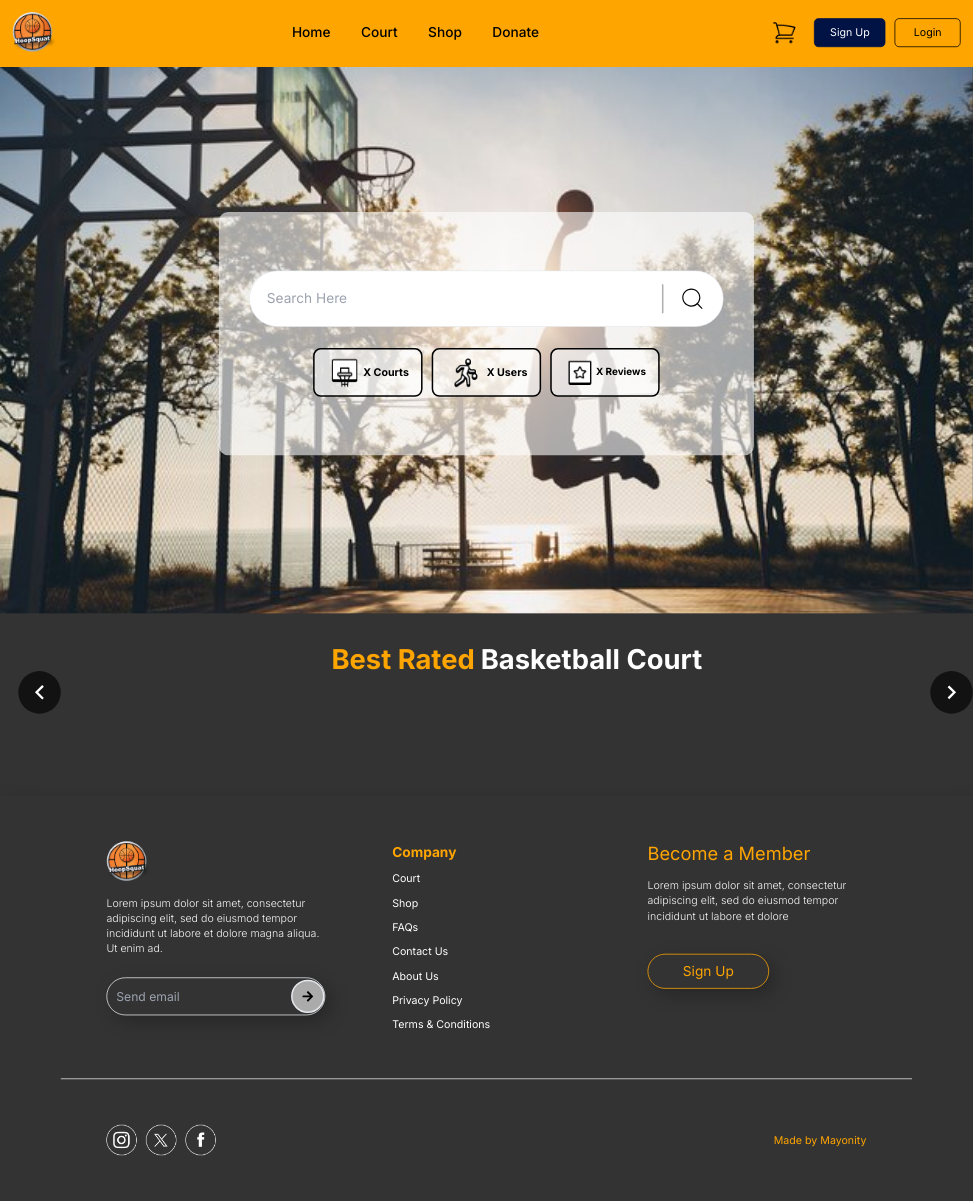
Repository: Abdul-Hannan232/basket-ball-website
Page: /
The author's editor kept a copy of each file at every save. The page is drawn from the files as they stood at one save, then again after the next save.
The browser window is 1280 px wide. The pictures show the whole page, at 76% of full size.
The page's requests for data from a server got no answer. The project was rebuilt for these pictures with package versions that can differ from the ones it lists, and the page was loaded fresh each time. The framework's server and built-in components were replaced by stand-ins that run in the browser. No one was signed in, and anything a server would have sent is missing. Also part of the build but not shown: next.config.mjs, app/utils/rating.js.

Above is the page before, as saved 2024-09-15 21:24:32.

### app/layout.tsx
import type { Metadata } from "next";
import { Inter } from "next/font/google";
import "./globals.css";
import Authprovider from "./component/Authprovider/Authprovider";

const inter = Inter({ subsets: ["latin"] });

export const metadata: Metadata = {
  title: "Basket Ball",
  description: "Generated by create next app",
};

export default function RootLayout({
  children,
}: Readonly<{
  children: React.ReactNode;
}>) {
  return (
    <html lang="en">
      <head>
        <link rel="icon" href="/favicon.png" />
        <title>Basket Ball</title>
      </head>
      <body className={inter.className}>
        <Authprovider>
          {children}
        </Authprovider>
      </body>
    </html>
  );
}

### app/page.tsx
import HomePage from "./component/HomeComponent"
export default function Home() {
  return (
    <>
      <HomePage />
    </>
  );
}

### app/globals.css
@import url('https://fonts.googleapis.com/css2?family=Poppins:wght@100;200;400&display=swap');
@import url('https://fonts.googleapis.com/css2?family=Poppins:ital,wght@0,100;0,200;0,300;0,400;0,500;0,600;0,700;0,800;0,900;1,100;1,200;1,300;1,400;1,500;1,600;1,700;1,800;1,900&display=swap');
@tailwind base;
@tailwind components;
@tailwind utilities;
/* Styling for the pagination container */
.custom-paginator .p-paginator {
  @apply  rounded-lg p-4 mt-2 flex flex-row gap-10 fixed  right-0;
}
.poppins-bold {
  font-family: "Poppins", sans-serif;
  font-weight: 700;
  font-style: normal;
}
.hover-design{
  background: linear-gradient(90deg, #FFA500 0%, rgba(255, 165, 0, 0.09) 85.85%);

}
/* Styling for individual page numbers */
.custom-paginator .p-paginator .p-paginator-page {
  @apply bg-white text-black rounded-md w-10 h-10 inline items-center text-center justify-center mx-1;
}

/* Highlighted page number styling */
.custom-paginator .p-paginator .p-paginator-page.p-highlight {
  @apply bg-[#FFA500] text-white inline text-center flex-row;
}

/* Styling for previous and next buttons */
.custom-paginator .p-paginator .p-paginator-prev,
.custom-paginator .p-paginator .p-paginator-next {
  @apply bg-[#CACACA] p-1 text-black flex flex-row rounded-md;
}

body {
  background-color: rgba(51, 51, 51, 1);
  color: white;
  font-family: 'Poppins', sans-serif;
}

.shadow {
  box-shadow: 8px 8px 24px 0px #00000040;

}
.banner {
  background-image: url('/banner.png');
  background-position: center;
  background-size: cover;
  width: 100%;
  background-repeat: no-repeat;
}
.backColor{
  background: linear-gradient(90.35deg, #FFA500 0.24%, #FF7D05 99.7%);

}
.mobilebanner {
  background-image: url('/mobildbanner.png');
  background-position: center;
  background-size: cover;
  background-repeat: no-repeat;
}
@media only screen and (max-width:320px) {
  .slick-slide {
    margin-left:5px; /* Adjust the value as needed */
  }
}
.slick-slide {
  margin-left:5px; /* Adjust the value as needed */
}
.bounceball {
  position: relative;
  display: inline-block;
  height: 20px;
  width: 15px;
  /* Adjust the width as needed */
}

.bounceball:before {
  position: absolute;
  content: '';
  display: block;
  top: 0;
  width: 25px;
  /* Adjust the width as needed */
  height: 20px;
  border-radius: 50%;
  background-color: #FFA500;
  transform-origin: 50%;
  animation: bounce 500ms alternate infinite ease;
}

@layer
{
  .wrap {
    @apply absolute top-1/2 left-1/2 transform -translate-x-1/2 -translate-y-1/2;
  }
}
@keyframes bounce {
  0% {
    top: 70px;
    height: 5px;
    border-radius: 60px 60px 20px 20px;
    transform: scaleX(2);
  }

  35% {
    height: 15px;
    border-radius: 50%;
    transform: scaleX(1);
  }

  100% {
    top: 0;
  }
}


.animate-bounce {
  animation: bounce 500ms alternate infinite ease;
}

/* Api loading */
.loader {
  width: 48px;
  height: 48px;
  display: inline-block;
  position: relative;
}
.loader::after,
.loader::before {
  content: '';
  box-sizing: border-box;
  width: 48px;
  height: 48px;
  border-radius: 50%;
  border: 2px solid #FFA500;
  position: absolute;
  left: 0;
  top: 0;
  animation: animloader 2s linear infinite;
}
.loader::after {
  animation-delay: 1s;
}

@keyframes animloader {
  0% {
    transform: scale(0);
    opacity: 1;
  }
  100% {
    transform: scale(1);
    opacity: 0;
  }
}

### app/component/Authprovider/Authprovider.js
"use client"
import React from "react";
import { SessionProvider } from "next-auth/react";
const Authprovider = ({children}) => {
    return (
        <SessionProvider>
             {children}
        </SessionProvider>
    )
}
export default Authprovider

### app/component/HomeComponent.js
import React from 'react'
import Navbar from './NavBarComponent'
import Image from 'next/image'
import { CiSearch } from "react-icons/ci"
import Footer from "./FooterComponent"
import BasketBall from "./CourtsSlider"
const HomeComponent = () => {
  return (
    <div>
      <Navbar/>
      <div className=' md:banner mobilebanner   md:h-[100vh] h-[250px]'  >
        <div className='relative  flex flex-col md:justify-center md:mt-0 pt-14 items-center md:h-[90vh] '>
          <div className='bg-white absolute lg:w-[55%] w-[90%] mx-auto md:h-80 h-36 flex flex-col justify-center it-center  bg-opacity-60 rounded-xl  right-0 left-0'>
            <div className='relative lg:mx-10 mx-5 border bg-white text-black flex items-center   rounded-full'>
              <input type='text' placeholder='Search Here' className='text-black md:text-lg text-xs border-transparent outline-none hover:border-[#FFA500] border-2 md:p-5 p-3 w-full rounded-full ' />
              <CiSearch className="absolute text-black md:w-20 w-8 px-1 my-2 md:h-10 h-6 right-0 text-4xl border-2 border-[#AFAFAF] border-t-transparent border-r-transparent border-b-transparent  md:top- " />
            </div>
            <div className='flex justify-center gap-3 mt-7 '>
              <div className='bg-white text-center text-black bg-opacity-60 border-[#000000] border-2 flex justify-center items-center md:rounded-[10px] rounded-[7px] md:p-4 p-2 md:w-36 w-22  md:h-16 h-10'>

                <Image src="/Basketball Net.png" alt="basket" width={100} height={50} className='md:w-10 mx-auto mt-1 md:h-12 w-6 h-8 ' />
                <p className='md:text-sm text-[8px]  font-bold'>X Courts</p>
              </div>
              <div className='bg-white text-center text-black bg-opacity-60 border-[#000000] border-2 flex justify-center items-center md:rounded-[10px] rounded-[7px] md:p-4 p-2 md:w-36 w-22  md:h-16 h-10'>

                <Image src="/Basketball Player.png" alt="basket" width={100} height={50} className='md:w-10 mx-auto  md:h-10 w-6 h-6 ' />
                <p className='md:text-sm text-[8px]  font-bold'>X Users</p>
              </div>
              <div className='bg-white text-center text-black bg-opacity-60 border-[#000000] border-2 flex justify-center items-center md:rounded-[10px] rounded-[7px] md:p-4 p-2 md:w-36 w-22  md:h-16 h-10'>

                <Image src="/Rating.png" alt="basket" width={100} height={50} className='md:w-10 mx-auto  md:h-10 w-6 h-6 ' />
                <p className='md:text-[13px] text-[8px]  font-bold'>X Reviews</p>
              </div>

            </div>
          </div>
        </div>
      </div>
      <BasketBall slide={"carousel"} />
      <Footer/>
    </div>
  )
}

export default HomeComponent

### app/component/CourtsSlider.js
"use client"
import React, { useRef, useState, useEffect } from 'react';
import Slider from 'react-slick';
import { RiArrowLeftSLine } from 'react-icons/ri';
import { MdOutlineKeyboardArrowRight } from "react-icons/md"
import 'slick-carousel/slick/slick.css';
import 'slick-carousel/slick/slick-theme.css';
import Image from 'next/image';
import Link from 'next/link';
import renderStars from "../utils/rating"
import { allCourts as fetchAllCourts } from "../services/courtsServices"; // Rename the imported function
const settings = {
    infinite: true,
    speed: 500,
    slidesToShow: 3.5,
    slidesToScroll: 1,
    responsive: [
        {
            breakpoint: 1267, // Adjust the breakpoint as needed
            settings: {
                slidesToShow: 2.5,
                slidesToScroll: 2,
            },
        },
        {
            breakpoint: 959, // Adjust the breakpoint as needed
            settings: {
                slidesToShow: 2,
                slidesToScroll: 2,
            },
        },

        {
            breakpoint: 320, // Adjust the breakpoint as needed
            settings: {
                slidesToShow: 1.1,
                slidesToScroll: 1,
            },
        },
    ],
    prevArrow: <></>, // Hides the previous arrow
    nextArrow: <></>,
};
const CourtsSlider = ({ slide }) => {
    const sliderRef = useRef(null);
    const [spinner, setSpinner] = useState(false)

    const goToPrev = () => {
        sliderRef.current.slickPrev();
    };

    const goToNext = () => {
        sliderRef.current.slickNext();
    };

    const [allCourts, setAllCourts] = useState([]); // Initialize with an empty array

    useEffect(() => {
        setSpinner(true)
        const getCourts = async () => {
            try {
                const response = await fetchAllCourts(); // Use the renamed function
                setAllCourts(response.data.courts); // Store the fetched data in state
            } catch (error) {
                console.error("Failed to fetch courts data:", error);
                // You can also add error handling for the UI here
            } finally {
                setSpinner(false)
            }
        };

        getCourts();
    }, []);
    return (
        <div >
            {slide === 'carousel' ? (
                <div className="  2xl:ml-32 md:ml-20 md:pt-10 pt-10 z-10 2xl:mb-40 md:mb-20" id="Testimonials" style={{ position: 'relative' }}>
                    <div className='2xl:text-6xl md:text-4xl text-xl font-bold md:mb-20 mb-10 flex justify-center items-center gap-2 '>
                        <h1 className='text-[#FFA500]'>Best Rated </h1>
                        <h1>Basketball Court</h1>
                    </div>
                    <div className="flex justify-center">
                        {spinner ? <span className="loader"></span> : null}
                    </div>



                    <Slider ref={sliderRef} {...settings}>

                        {allCourts.map((item, index) => (
                            <div key={index} className=''>
                                <div className='relative shadow cursor-pointer text-black rounded-md 2xl:w-[450px] md:w-[330px] w-[250px] group'>
                                    <div className='absolute inset-0 bg-black opacity-0 z-20 group-hover:opacity-70 transition-opacity'></div>

                                    <div className='bg-[#D9D9D9] relative rounded-md overflow-hidden'>
                                        {/* Image and content */}

                                        <Image src={item.images?.[0]
                                            ? `${process.env.NEXT_PUBLIC_IMAGE_URL}/${item.images[0]}`
                                            : '/basketBALL.png'} alt="image" width={343} height={228} className='rounded-t-xl h-60 2xl:w-[400px]' />

                                        <div className='flex items-center justify-center float-right -mt-5 shadow z-10 absolute right-0 p-3 w-32 gap-2 rounded-l-xl bg-white text-black'>

                                            <Image src={item.type === "indoor" ? "/Roofing.png" : "/Basketball Court.png"}
                                                alt="shelter" width={24} height={24} />
                                            <p>{item.type}</p>
                                        </div>
                                        <div className='m-5'>
                                            {/* <Image src="/star.png" alt="image" width={112} height={20} /> */}
                                            <div className='flex items-center'>
                                                {renderStars(item.ratings)}
                                            </div>
                                            <p className='text-[10px] mt-1 font-bold'>{item.rating.length} reviews</p>
                                            <h1 className='text-xl font-bold mb-5'>{item.name}</h1>
                                            <p className='w-32 text-xs font-medium mt-1'>{item.location}</p>
                                            <button className='bg-[#FFA500] p-2 mb-5 mt-10 text-black font-bold text-sm w-full shadow'>
                                                View Court
                                            </button>
                                        </div>

                                        {/* Overlay with Maintenance Button */}
                                        <div className='flex flex-col items-center h-96 justify-center z-40 absolute inset-0 opacity-0 group-hover:opacity-100 transition-opacity'>
                                            <button className='bg-[#232323] py-2 px-4 rounded-full text-white'>
                                                Maintenance
                                            </button>
                                        </div>
                                    </div>
                                </div>

                            </div>
                        ))}

                    </Slider>
                    <div style={{ position: 'absolute', transform: 'translateY(-50%)', zIndex: '1' }} className='2xl:top-[45%] lg:top-[65%] top-[35%] md:w-[100%] flex justify-between w-[100%] mx-auto'>
                        <div className=' slick- slick-arrow md:-ml-14 '>
                            <div onClick={goToPrev} className='bg-[#000000A6] text-white text-7xl md:p-[10px] flex items-center justify-center cursor-pointer md:w-14 md:h-14 w-10 h-10 text-center font-bold  rounded-full'>
                                <RiArrowLeftSLine />
                            </div>
                        </div>
                        <div className='slick- slick-arrow'>
                            <div className="bg-[#000000A6] text-white text-7xl md:p-[10px] flex items-center justify-center cursor-pointer md:w-14 md:h-14 w-10 h-10 text-center font-bold  rounded-full" onClick={goToNext}>
                                <MdOutlineKeyboardArrowRight />
                            </div>
                        </div>

                    </div>
                </div>
            ) : (
                <>
                    <div className="flex justify-center mt-[30px]">
                        {spinner ? <span className="loader"></span> : null}
                    </div>
                    <div className='grid xl:grid-cols-4 lg:grid-cols-3 md:grid-cols-2 grid-cols-1 gap-20 w-[80%] md:mt-20 mt-5 md:mx-auto mx-5'>

                        {allCourts.map((item, index) => (
                            <div key={index} className='relative  shadow text-black rounded-md 2xl:w-[300px] xl:w-[250px] md:w-[250px] w-[280px] group'>
                                <div className='bg-[#D9D9D9] relative rounded-md overflow-hidden'>
                                    {/* Overlay */}
                                    <div className='absolute inset-0 bg-black opacity-0  group-hover:opacity-70 transition-opacity'></div>

                                    {/* Maintenance Button (Initially Hidden) */}
                                    <div className='flex flex-col items-center h-80 justify-center z-20 absolute inset-0 opacity-0 group-hover:opacity-100 transition-opacity'>
                                        <button className='bg-[#232323] py-2 px-4 rounded-full text-white'>
                                            Maintenance
                                        </button>
                                    </div>

                                    <Image src={item.images?.[0]
                                        ? `${process.env.NEXT_PUBLIC_IMAGE_URL}/${item.images[0]}`
                                        : '/basketBALL.png'} alt="image" width={343} height={228} className='rounded-t-xl 2xl:w-[450px]' />

                                    <div className='flex items-center justify-center float-right -mt-5 shadow  absolute right-0 p-3 w-32 gap-2 rounded-l-xl bg-white text-black'>

                                        <Image src={item.type === "indoor" ? "/Roofing.png" : "/Basketball Court.png"}
                                            alt="shelter" width={24} height={24} />
                                        <p>{item.type}</p>
                                    </div>

                                    <div className='m-5 relative'>
                                        {/* <Image src="/star.png" alt="image" width={60} height={20} />
                         */}
                                        <div className='flex items-center'>
                                            {renderStars(item.ratings)}
                                        </div>
                                        <p className='text-[10px] mt-1 font-bold'>{item.rating.length} reviews</p>
                                        <h1 className='text-lg font-bold mb-2'>{item.name}</h1>
                                        <p className='w-32 text-xs font-medium '>{item.location}</p>
                                        <button className='bg-[#FFA500] p-2 mb-3 mt-3 rounded-md text-black font-bold text-sm w-full shadow'>
                                            View Court
                                        </button>
                                    </div>
                                </div>
                            </div>


                        ))}
                    </div>
                </>
            )}

        </div >
    );
};

export default CourtsSlider;

### app/customHook/useAuthToken.js
import { useSession } from "next-auth/react";
import Cookies from "js-cookie";
import {jwtDecode} from "jwt-decode";

export const useAuthToken = () => {
  const { data: session } = useSession();

  const token = session?.authToken || Cookies.get("authToken");

  let decodedToken = null;
  if (token) {
    try {
      decodedToken = jwtDecode(token);
    } catch (error) {
      console.error("Invalid token:", error.message);
    }
  }

  return { token, decodedToken };
};

### app/services/courtsServices.js
import axios from "axios";
import Cookies from 'js-cookie';
export const allCourts = async (token) =>{
    try {

        const response = await axios.get(
            `${process.env.NEXT_PUBLIC_API_URL}/court/all`,
            {
                headers: {
                    Authorization: `Bearer ${token}`,
                },
            }
        );

        return response;
    }
    catch (error) {
        console.log("all Courts",error.response)
        return error.response || { message: "An error occurred", error };
    }

}

export const addCourt = async (body,token) => {

    try {
         const response = await axios.post(
            `${process.env.NEXT_PUBLIC_API_URL}/court/add`,
            body,
            {
                headers: {
                    Authorization: `Bearer ${token}`,                },
            }
        );

        return response;
    } catch (error) {
        return error.response;
    }
};

Loaded but not shown: tailwind.config.ts (common file); app/component/NavBarComponent.js (132 lines, source omitted); app/component/FooterComponent.js (94 lines, source omitted)

After the next save:
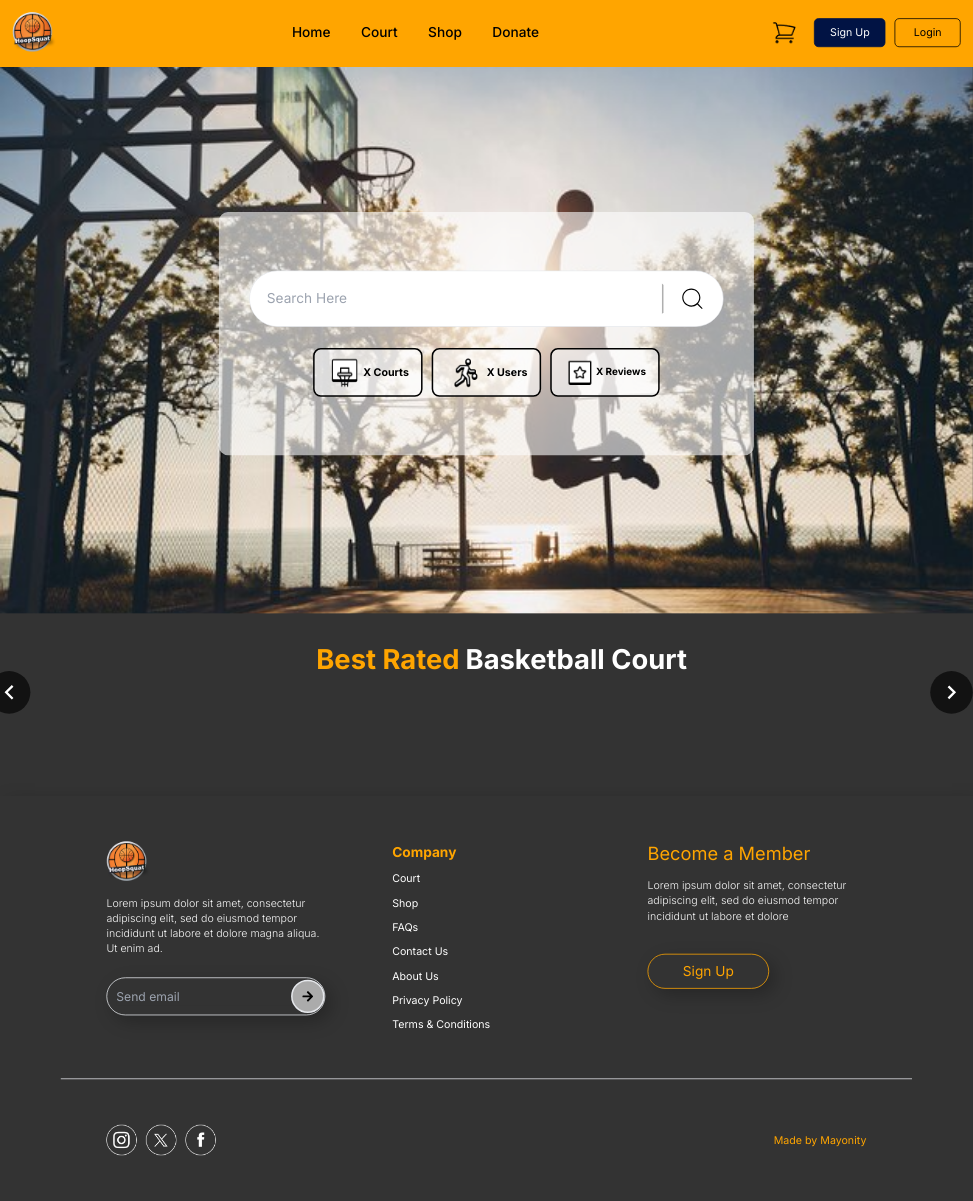
Saved 17 s later.
--- a/app/component/CourtsSlider.js
+++ b/app/component/CourtsSlider.js
@@ -74,7 +74,7 @@ const CourtsSlider = ({ slide }) => {
     return (
         <div >
             {slide === 'carousel' ? (
-                <div className="  2xl:ml-32 md:ml-20 md:pt-10 pt-10 z-10 2xl:mb-40 md:mb-20" id="Testimonials" style={{ position: 'relative' }}>
+                <div className="  2xl:ml-32 md:ml-10 md:pt-10 pt-10 z-10 2xl:mb-40 md:mb-20" id="Testimonials" style={{ position: 'relative' }}>
                     <div className='2xl:text-6xl md:text-4xl text-xl font-bold md:mb-20 mb-10 flex justify-center items-center gap-2 '>
                         <h1 className='text-[#FFA500]'>Best Rated </h1>
                         <h1>Basketball Court</h1>
